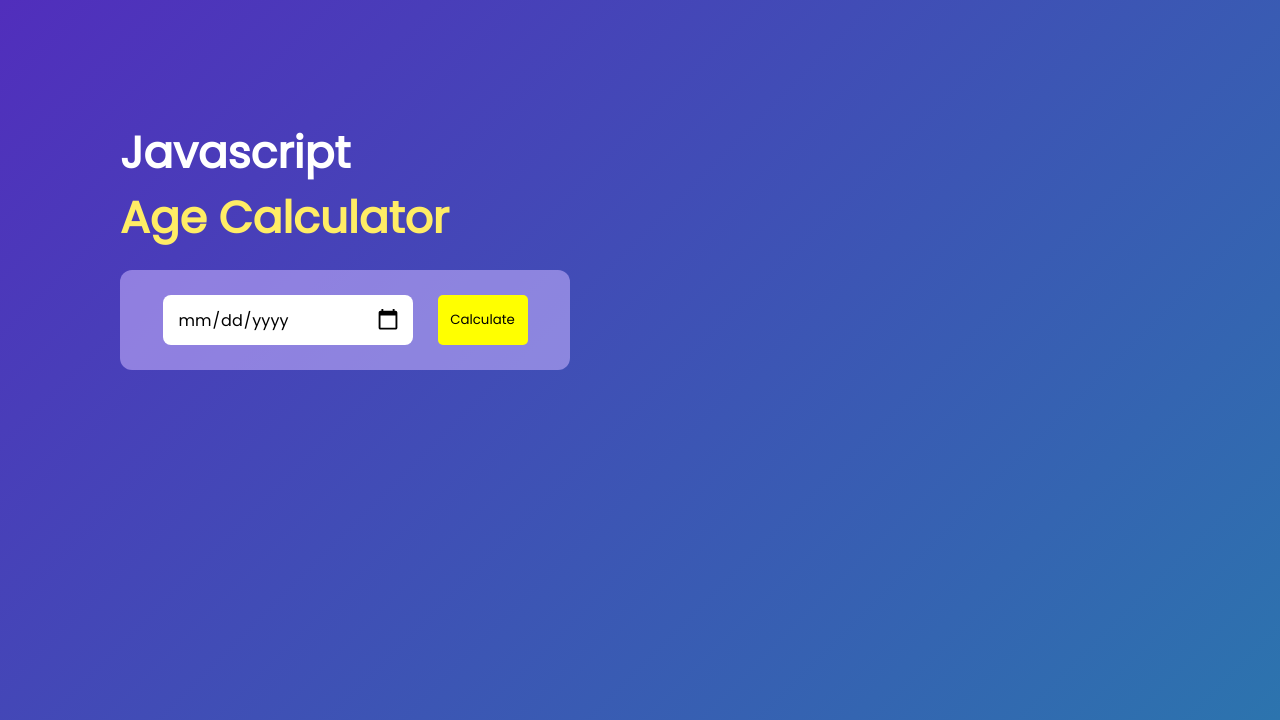
Repository: Ankitkr2021/Age-Calculator
Page: index.html
These files come from the project's save history. The page is drawn as it stood at one moment and after the next save; the edit follows.
The browser window is 1280 px wide. The pictures show the whole page.

Above is the page before, as saved 2025-10-05 10:42:51.

After the next save:
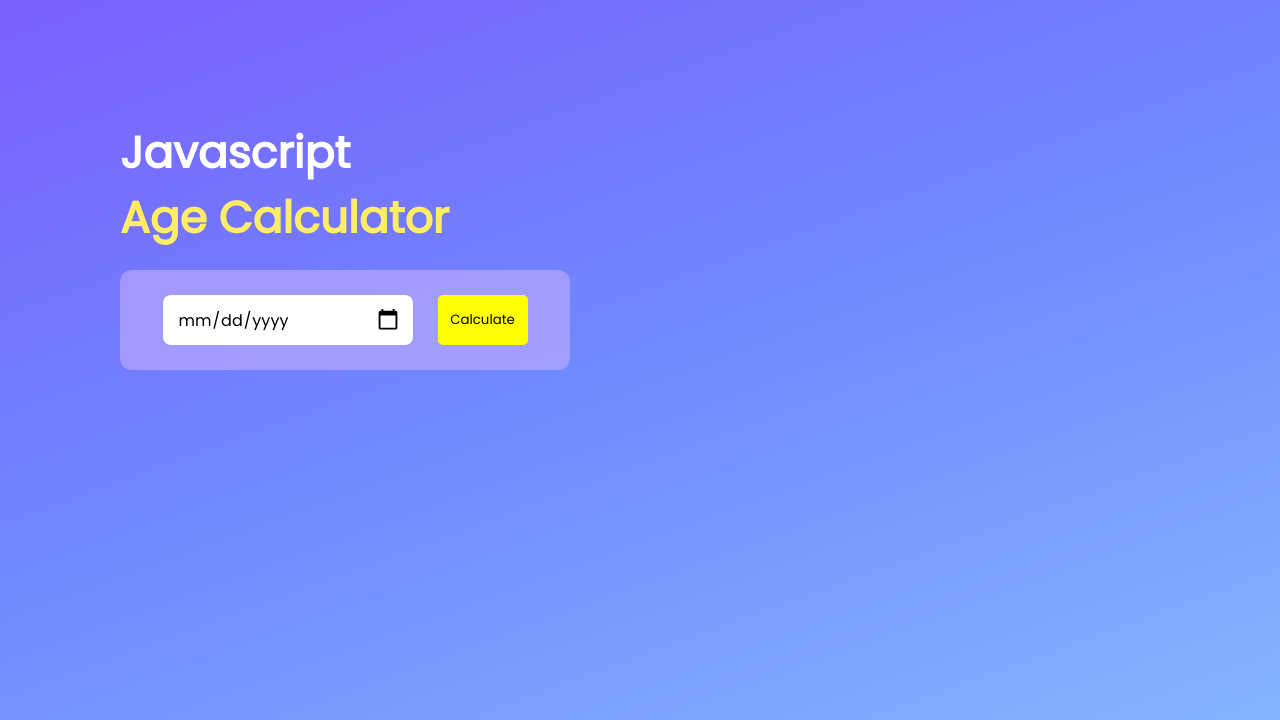
Saved 9 s later.
--- a/style.css
+++ b/style.css
@@ -10,8 +10,8 @@
 body{
     height: 100vh;
     width: 100%;
-    background: linear-gradient(135deg, rgb(81, 46, 188), rgb(44, 116, 174));
-    /* background: linear-gradient(160deg, #7a5fff 0%, #6f8aff 50%, #86b4ff 100%); */
+    /* background: linear-gradient(135deg, rgb(81, 46, 188), rgb(44, 116, 174)); */
+    background: linear-gradient(160deg, #7a5fff 0%, #6f8aff 50%, #86b4ff 100%);
 }
 
 .main{

After the save that followed:
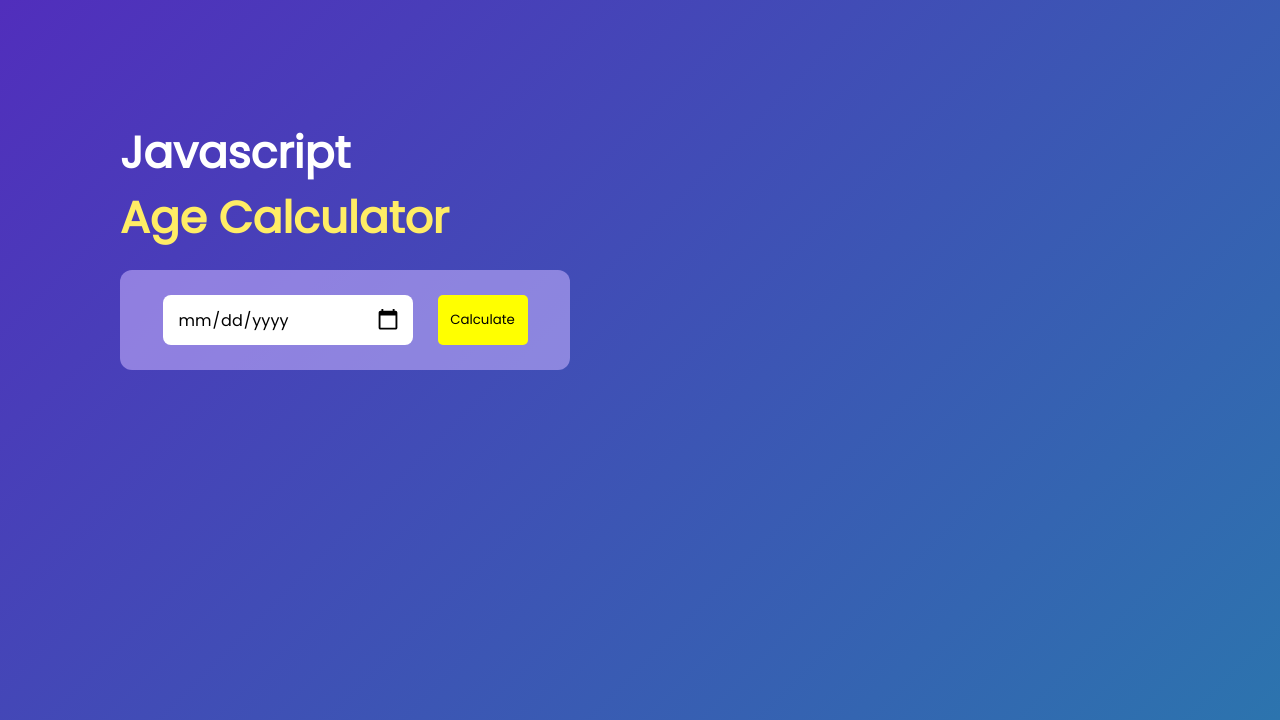
Saved 10 s later.
--- a/style.css
+++ b/style.css
@@ -10,8 +10,7 @@
 body{
     height: 100vh;
     width: 100%;
-    /* background: linear-gradient(135deg, rgb(81, 46, 188), rgb(44, 116, 174)); */
-    background: linear-gradient(160deg, #7a5fff 0%, #6f8aff 50%, #86b4ff 100%);
+    background: linear-gradient(135deg, rgb(81, 46, 188), rgb(44, 116, 174));
 }
 
 .main{
